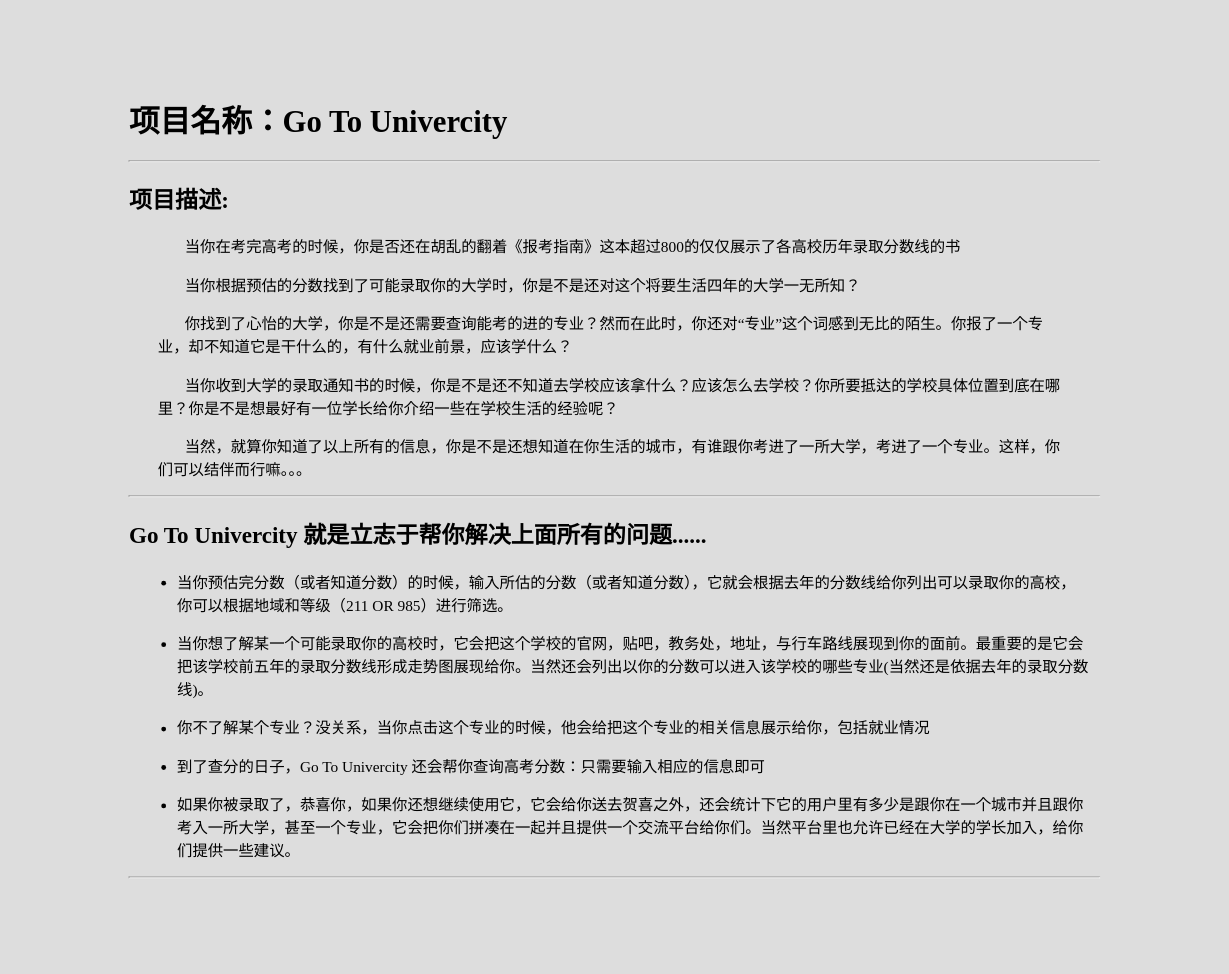
Repository: SUT-GC/GoToUnivercity
Page: http://localhost/GoToUniversity/ideasource/idea.jsp
The author's editor kept a copy of each file at every save. The page is drawn from the files as they stood at one save, then again after the next save.
The browser window is 1280 px wide. The pictures show the whole page, at 96% of full size.
The page is served by Tomcat 9. Nobody is signed in. The application's start-up code is not run.

Above is the page before, as saved 2015-11-16 11:25:34.

### GoToUniversity/WebContent/ideasource/idea.jsp
<%@ page language="java" contentType="text/html; charset=UTF-8"
    pageEncoding="UTF-8"%>
<!DOCTYPE html PUBLIC "-//W3C//DTD HTML 4.01 Transitional//EN" "http://www.w3.org/TR/html4/loose.dtd">
<html>
<head>
<meta http-equiv="Content-Type" content="text/html; charset=UTF-8">
<title>Idea Source</title>
<link href="css/idea.css" rel="stylesheet" type="text/css"/>
</head>
<body>
	<div class="content">
		<div class="content_head">
			<h1>项目名称：Go To Univercity</h1>
		</div>
		<hr/>
		<div class="content_body">
			<div class="content_body_description">
				<h2>项目描述:</h2>
					<p>&nbsp&nbsp&nbsp&nbsp&nbsp&nbsp  当你在考完高考的时候，你是否还在胡乱的翻着《报考指南》这本超过800的仅仅展示了各高校历年录取分数线的书</p>
					<p>&nbsp&nbsp&nbsp&nbsp&nbsp&nbsp  当你根据预估的分数找到了可能录取你的大学时，你是不是还对这个将要生活四年的大学一无所知？</p>
					<p>&nbsp&nbsp&nbsp&nbsp&nbsp&nbsp  你找到了心怡的大学，你是不是还需要查询能考的进的专业？然而在此时，你还对“专业”这个词感到无比的陌生。你报了一个专业，却不知道它是干什么的，有什么就业前景，应该学什么？</p>
					<p>&nbsp&nbsp&nbsp&nbsp&nbsp&nbsp  当你收到大学的录取通知书的时候，你是不是还不知道去学校应该拿什么？应该怎么去学校？你所要抵达的学校具体位置到底在哪里？你是不是想最好有一位学长给你介绍一些在学校生活的经验呢？</p>
					<p>&nbsp&nbsp&nbsp&nbsp&nbsp&nbsp  当然，就算你知道了以上所有的信息，你是不是还想知道在你生活的城市，有谁跟你考进了一所大学，考进了一个专业。这样，你们可以结伴而行嘛。。。</p>
			</div>
			<hr/>
			<div class="content_body_content">
				<h2>Go To Univercity 就是立志于帮你解决上面所有的问题......</h2>
				<div class="content_body_content_ui">
					<ul>
						<li><p>当你预估完分数（或者知道分数）的时候，输入所估的分数（或者知道分数），它就会根据去年的分数线给你列出可以录取你的高校，你可以根据地域和等级（211 OR 985）进行筛选。</p></li>
						<li><p>当你想了解某一个可能录取你的高校时，它会把这个学校的官网，贴吧，教务处，地址，与行车路线展现到你的面前。最重要的是它会把该学校前五年的录取分数线形成走势图展现给你。当然还会列出以你的分数可以进入该学校的哪些专业(当然还是依据去年的录取分数线)。</p></li>
						<li><p>你不了解某个专业？没关系，当你点击这个专业的时候，他会给把这个专业的相关信息展示给你，包括就业情况</p></li>
						<li><p>到了查分的日子，Go To Univercity 还会帮你查询高考分数：只需要输入相应的信息即可</p></li>
						<li><p>如果你被录取了，恭喜你，如果你还想继续使用它，它会给你送去贺喜之外，还会统计下它的用户里有多少是跟你在一个城市并且跟你考入一所大学，甚至一个专业，它会把你们拼凑在一起并且提供一个交流平台给你们。当然平台里也允许已经在大学的学长加入，给你们提供一些建议。</p></li>
					</ul>
				</div>
			</div>
			<hr/>
			<div class="tail">

			</div>
		</div>
	</div>
</body>
</html>

### GoToUniversity/WebContent/ideasource/css/idea.css
@CHARSET "UTF-8";
body{
	background-color: #DDDDDD;
}
.content{
	width: 80%;
	margin-left: 10%;
	margin-top: 100px;
}
.content_head{

}
.content_body_description > p{
	margin-left: 30px;
	margin-right: 30px;
}
.content_body_content_ui{
	margin-left: 10px;
	margin-right: 10px;
}
.tail{
	margin-bottom: 100px;
}

After the next save:
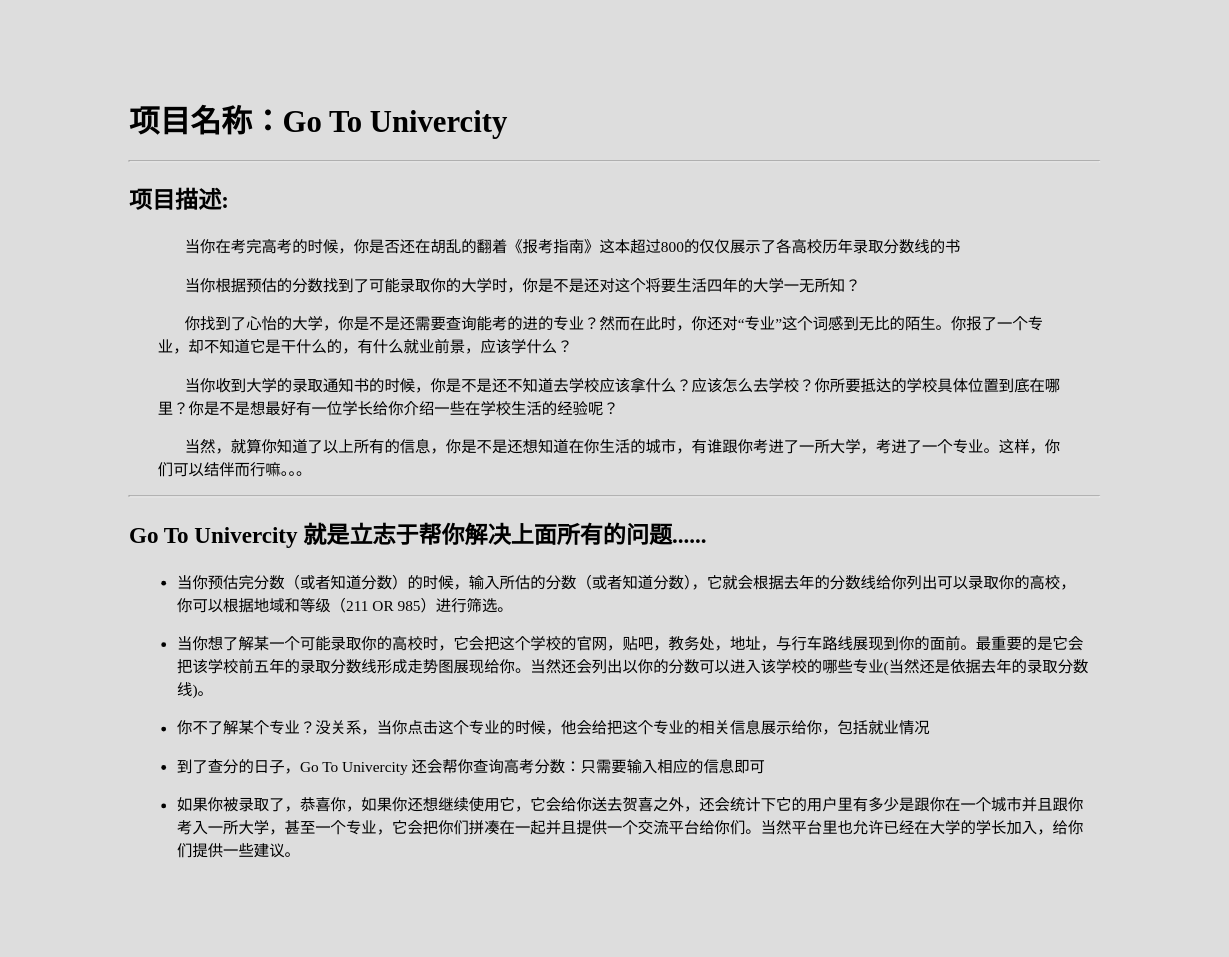
Saved 14 s later.
--- a/GoToUniversity/WebContent/ideasource/idea.jsp
+++ b/GoToUniversity/WebContent/ideasource/idea.jsp
@@ -35,7 +35,6 @@
 					</ul>
 				</div>
 			</div>
-			<hr/>
 			<div class="tail">
 
 			</div>
